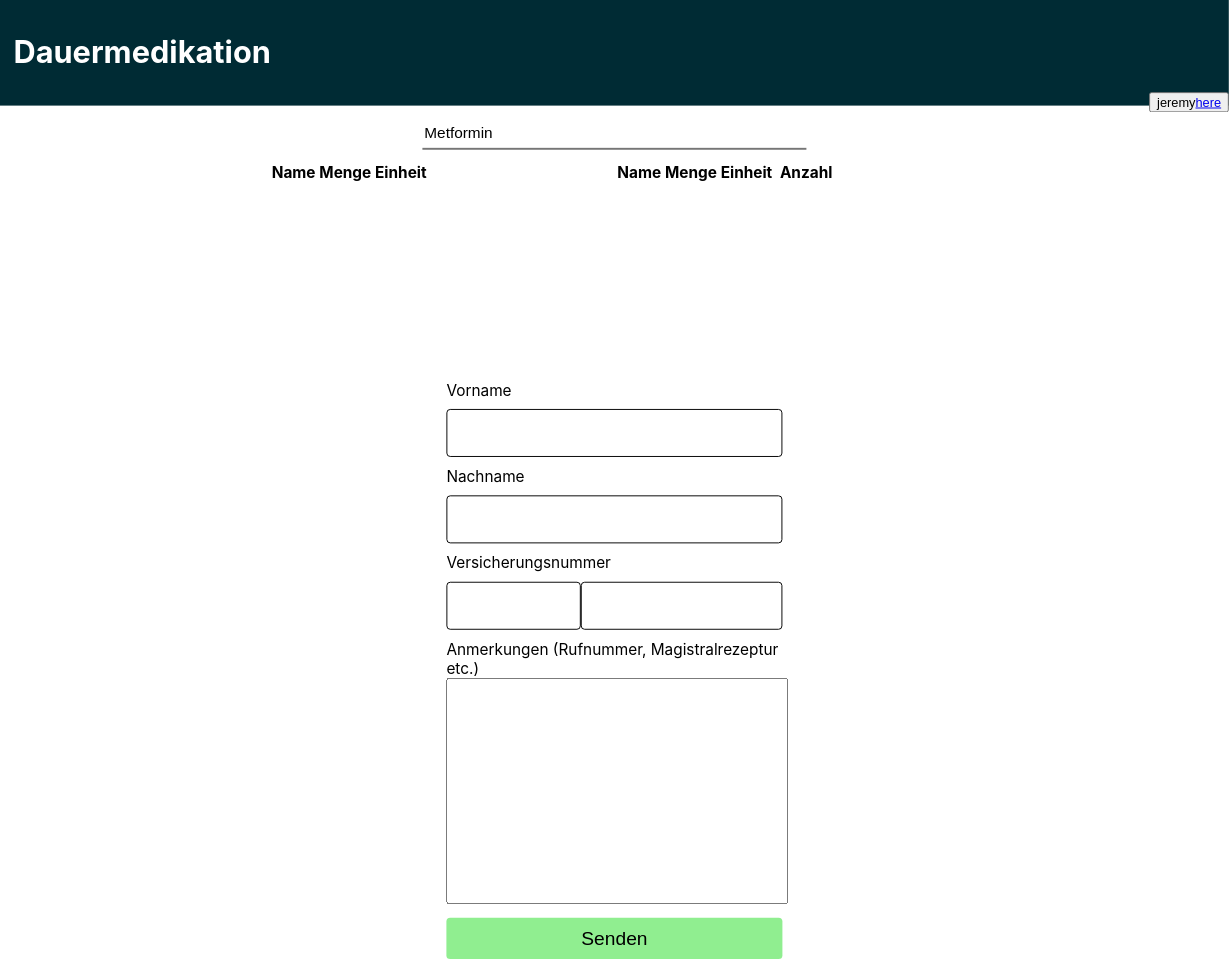
Repository: Esatollah/MedDemo
Page: / (app in client/)
The author's editor kept a copy of each file at every save. The page is drawn from the files as they stood at one save, then again after the next save.
The browser window is 1280 px wide. The pictures show the whole page, at 96% of full size.
The page's requests for data from a server got no answer. The project was rebuilt for these pictures with package versions that can differ from the ones it lists, and the page was loaded fresh each time. No one was signed in, and anything a server would have sent is missing. Also part of the build but not shown: client/src/Routes/Bestellungen.jsx.

Above is the page before, as saved 2022-06-10 17:02:26.

After the next save:
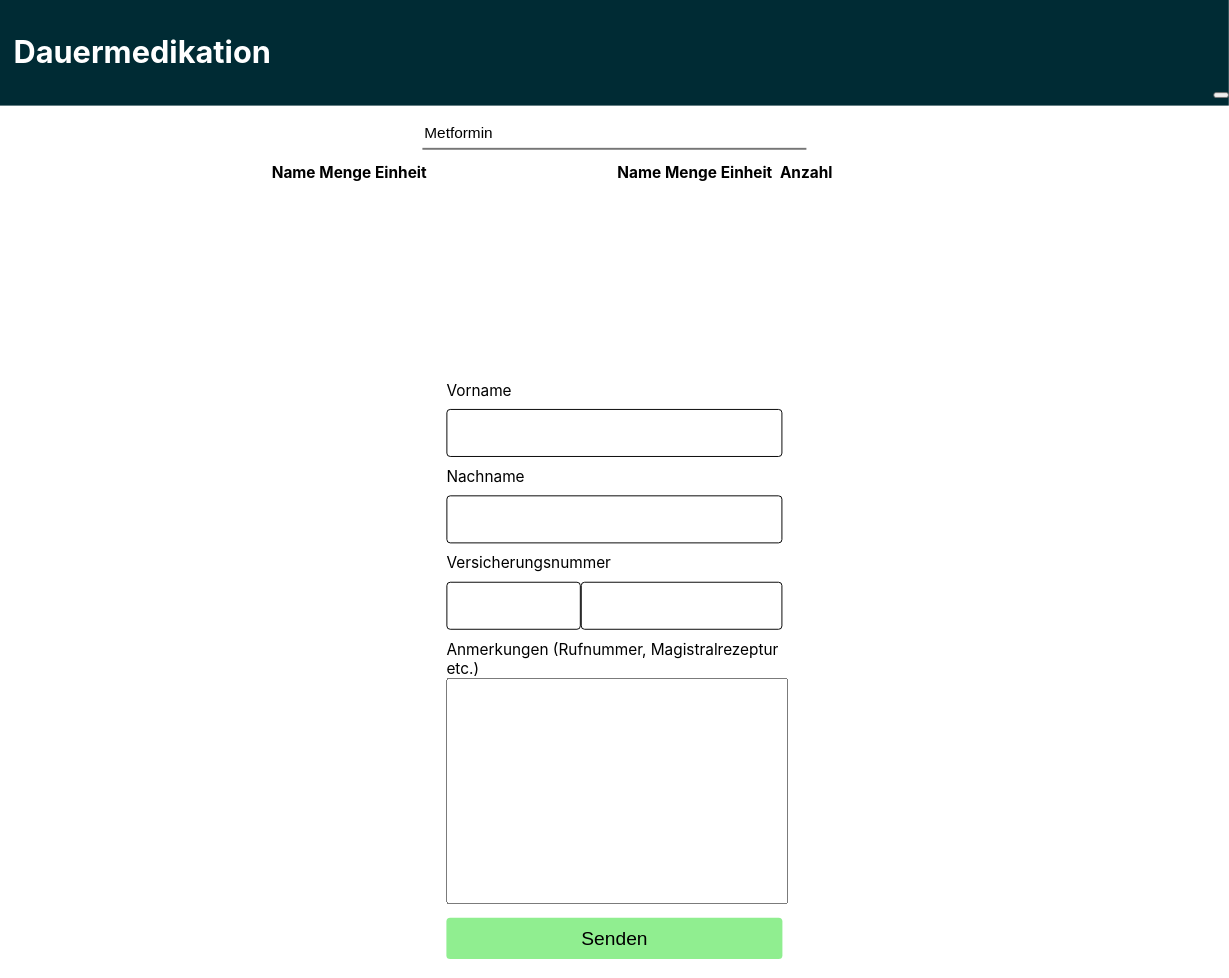
Saved 40 s later.
--- a/client/src/components/Navbar.jsx
+++ b/client/src/components/Navbar.jsx
@@ -8,7 +8,7 @@ const Navbar = (props) => {
   return (
     <NavWrap>
         <h1>Dauermedikation</h1>
-        <button style={btnStyle}>jeremy<a href={props.route}>here</a></button>
+        <a href={props.route}><button style={btnStyle}></button></a>
     </NavWrap>
   )
 }
